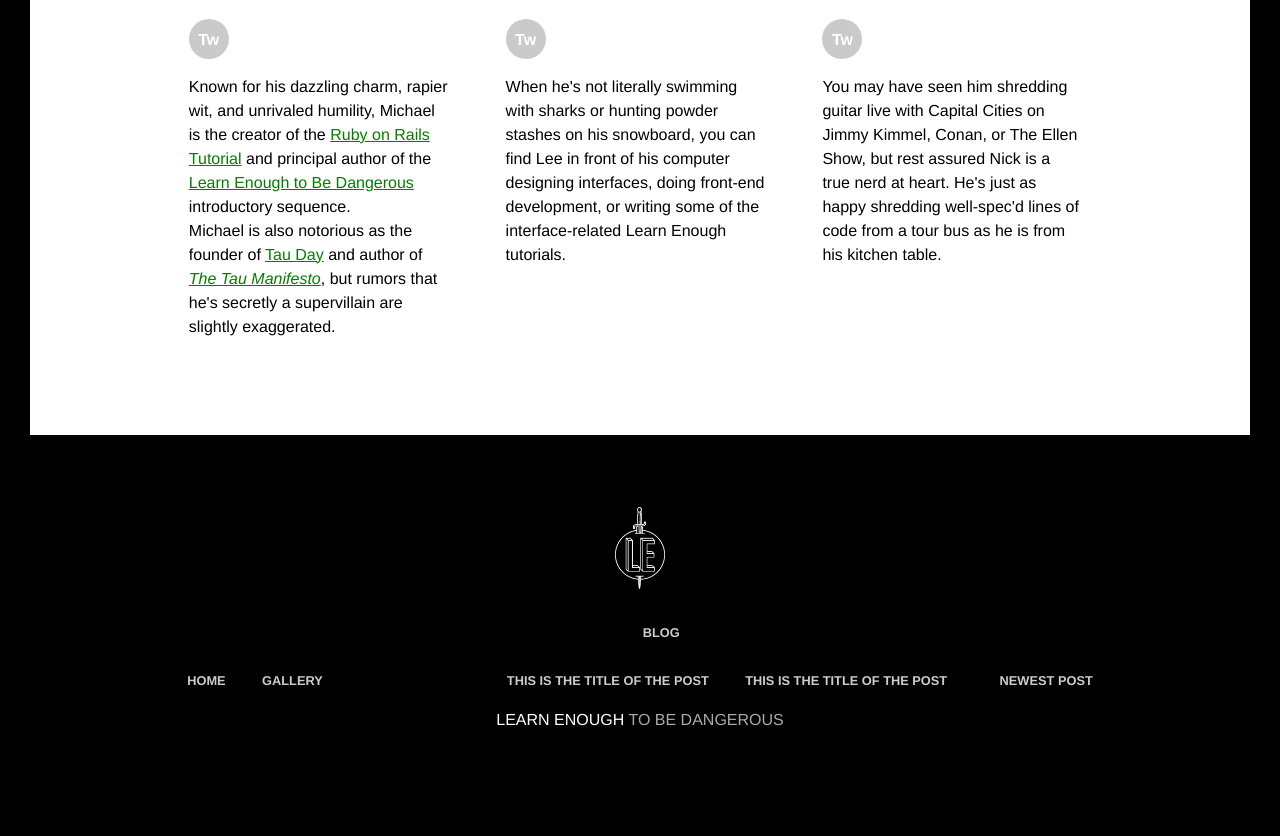
Repository: rvass/learn-enough-CSS
Page: _site/index.html
The author's editor kept a record of every edit. The page is drawn from the files as they stood at one moment, then again after the next edit.
The browser window is 1280 px wide. The pictures show the part of the page from y = 2017 to 2853 px (the page is 2853 px tall).
A picture or video elsewhere on the page could not be fetched, so the positions and the page height are approximate.

Above is the page before.

After the next edit:
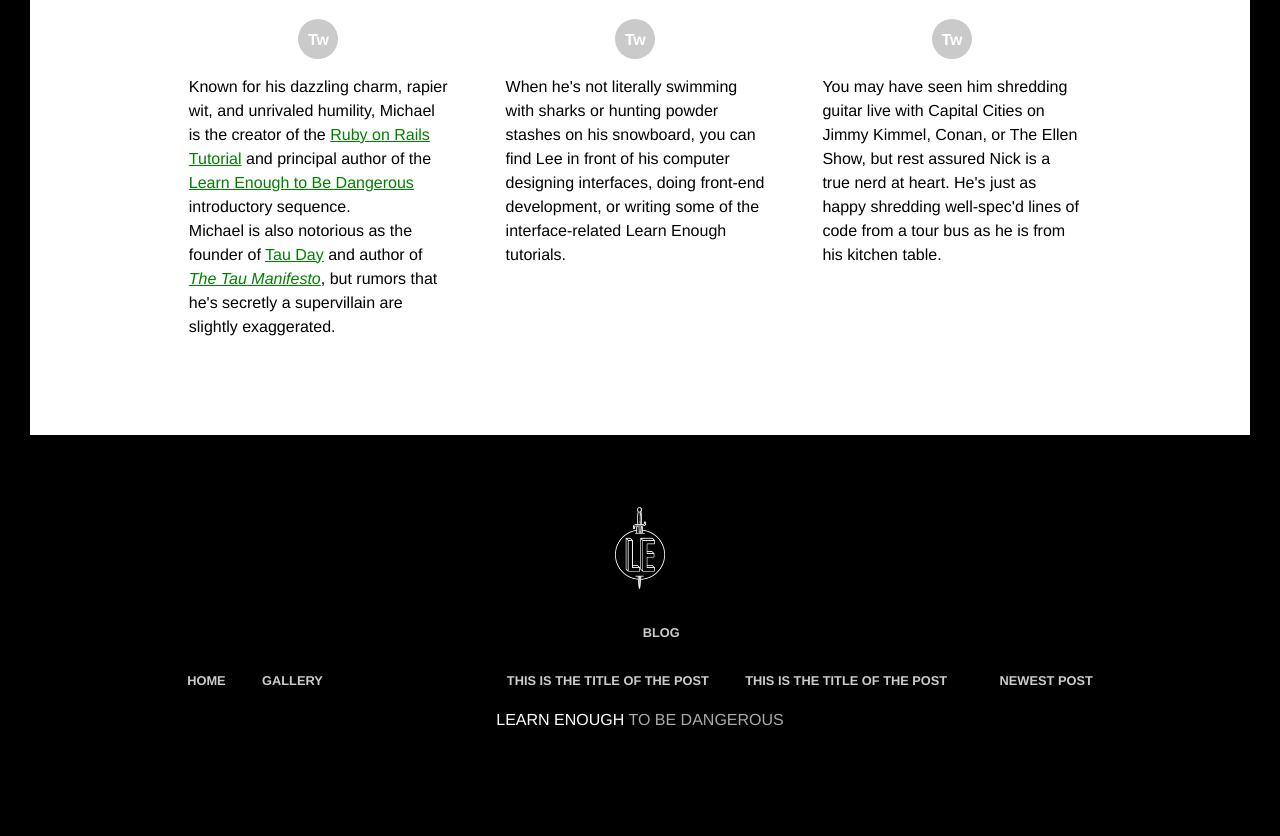
The edit:
--- a/css/main.css
+++ b/css/main.css
@@ -240,7 +240,7 @@
 }
 .bio-box .social-link {
   display: block;
-  margin: 2em 0 1em;
+  margin: 2em auto 1em;
 }
 .bio-copy {
   font-size: 1em;
